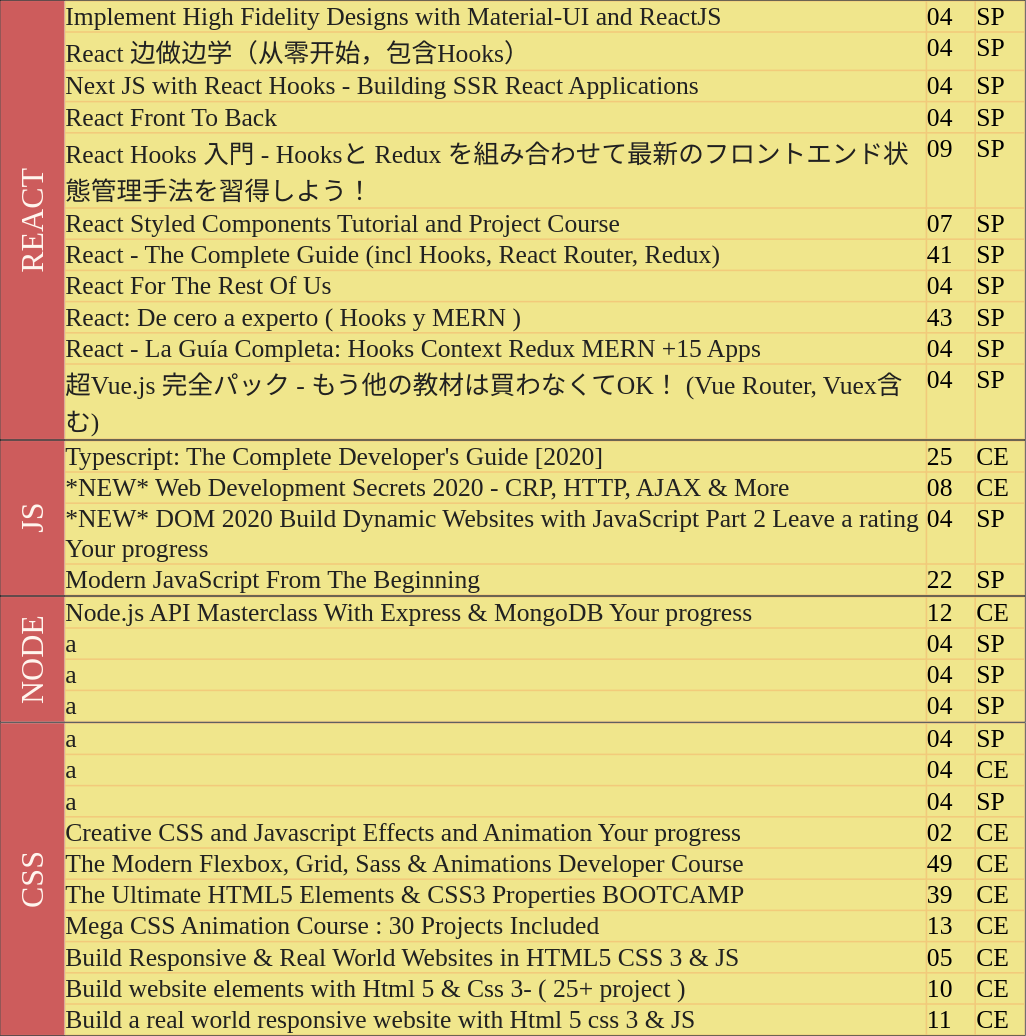
Repository: ClementLight/plan
Page: codicrs.html
The author's editor kept a copy of each file at every save. The page is drawn from the files as they stood at one save, then again after the next save.
The browser window is 1280 px wide. The page is 1282 px wide, so the pictures cover 1282 px, including what lies to the right of the window. The pictures show the whole page, at 80% of full size.

Above is the page before, as saved 2020-08-21 15:14:56.

After the next save:
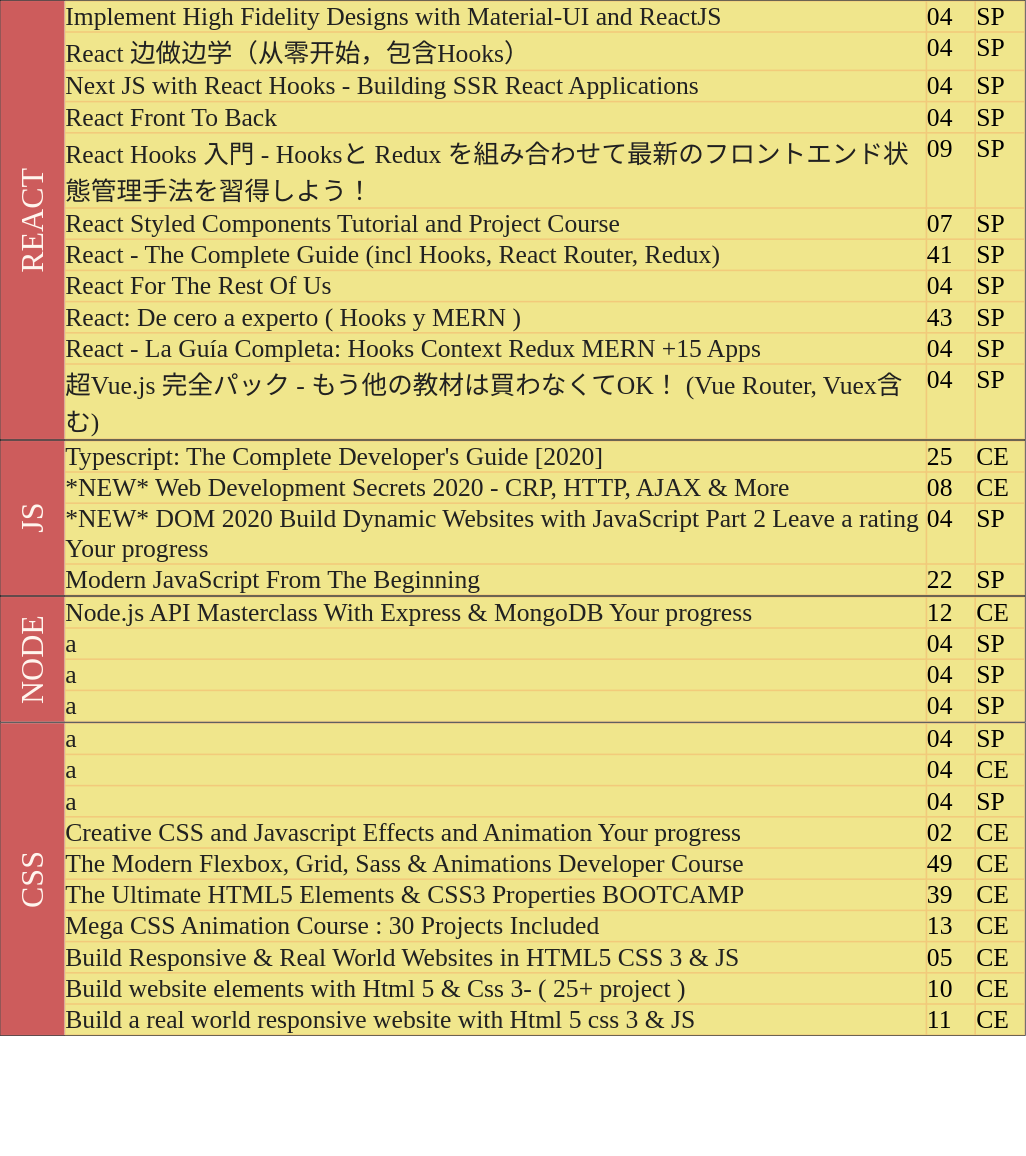
Saved 41 s later.
--- a/codicrs.html
+++ b/codicrs.html
@@ -9,6 +9,7 @@
         padding: 0;
         margin: 0;
         box-sizing: border-box;
+        margin-bottom: 150px;
       }
       .maincontainers {
         display: flex;
